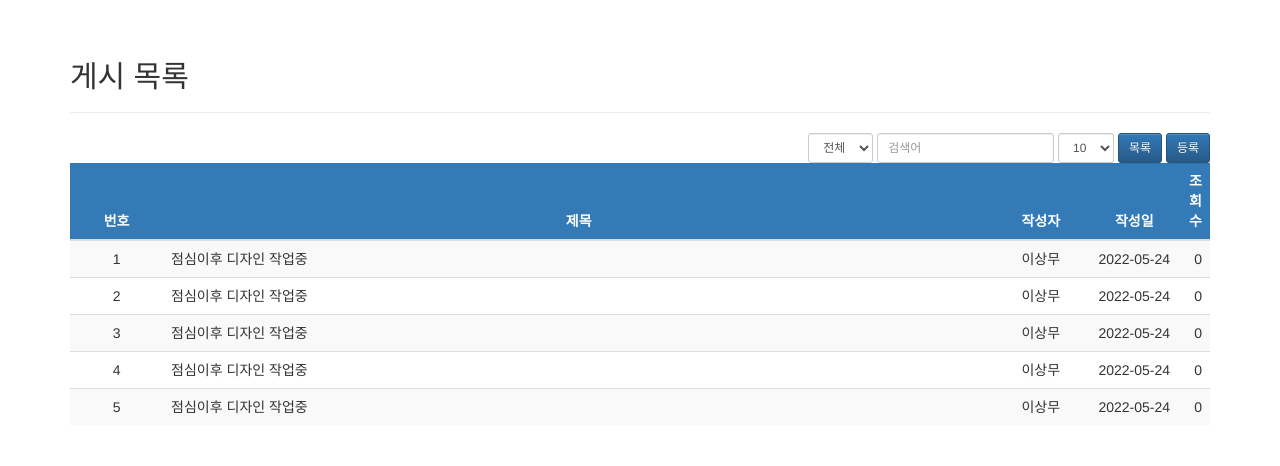
Repository: dongseon-git/WEB_JSP
Page: workspace/studyhtml5/WebContent/bootstrap/boot_list.html
An editor plug-in stored every save of this project. The page is shown before and after the next save, followed by the edit.
The browser window is 1280 px wide. The pictures show the whole page.

Above is the page before, as saved 2022-05-24 06:30:35.

After the next save:
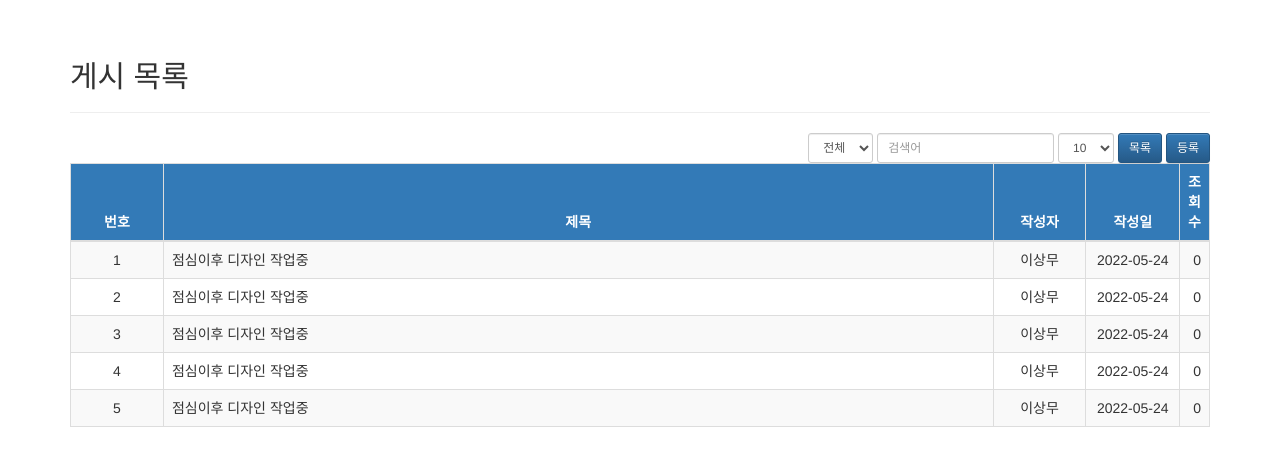
Saved 69 s later.
--- a/workspace/studyhtml5/WebContent/bootstrap/boot_list.html
+++ b/workspace/studyhtml5/WebContent/bootstrap/boot_list.html
@@ -56,7 +56,7 @@
     <!-- //검색영역 -->
     <!-- table -->
     <div class="table-responsive">
-    <table class="table table-striped">
+    <table class="table table-striped table-bordered">
     <thead class="bg-primary">
     <tr>
     <th class="text-center col-sm-1 col-md-1 col-lg-1">번호</th>
